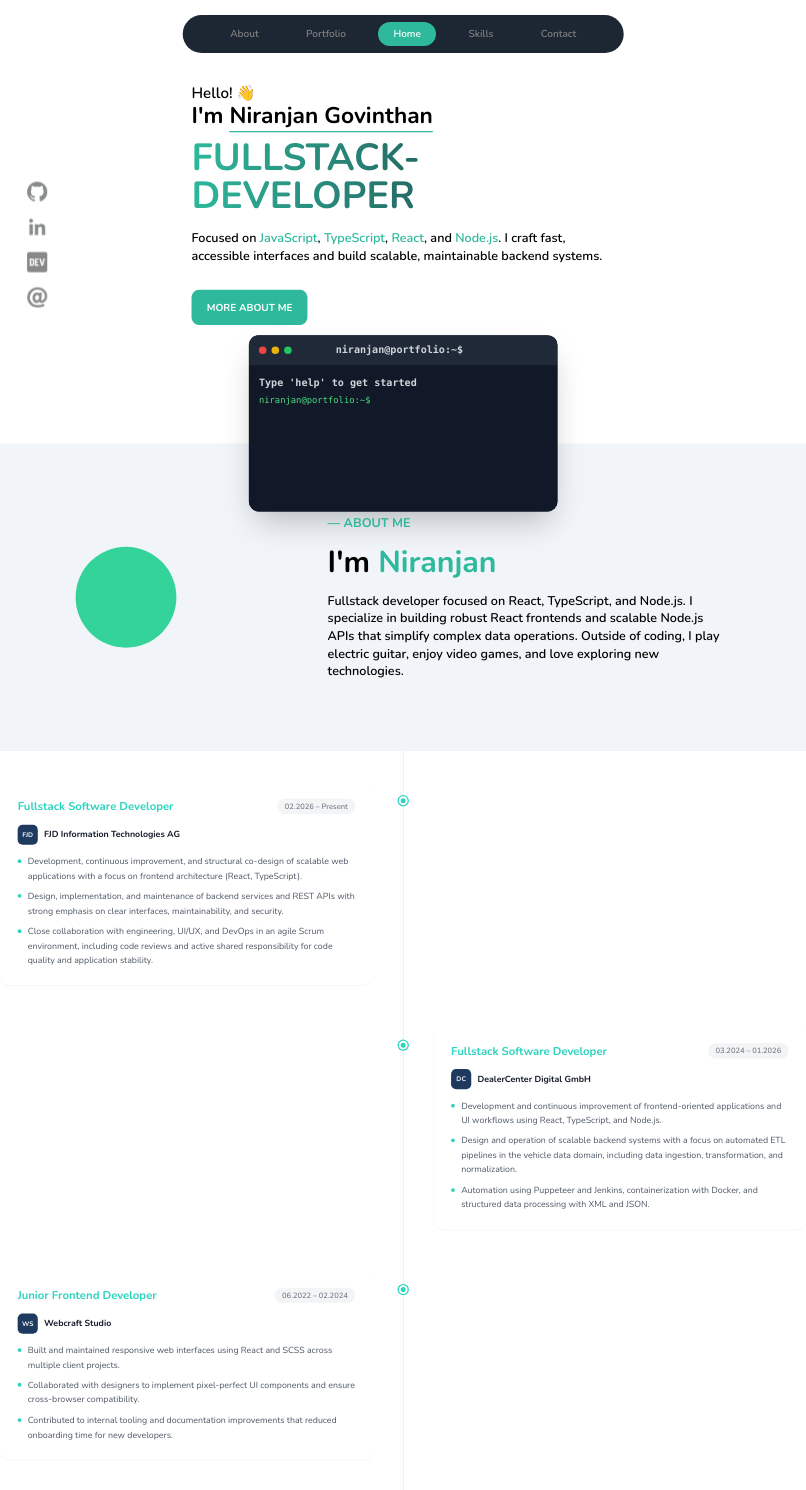
Repository: Niranjan-webdev/My-portfolio
Page: /
An editor plug-in stored every save of this project. The page is shown before and after the next save, followed by the edit.
The browser window is 1280 px wide. The pictures show the whole page, at 63% of full size.
The project was rebuilt for these pictures with package versions that can differ from the ones it lists, and the page was loaded fresh each time. Also part of the build but not shown: next.config.mjs.

Above is the page before, as saved 2026-03-21 10:54:35.

After the next save:
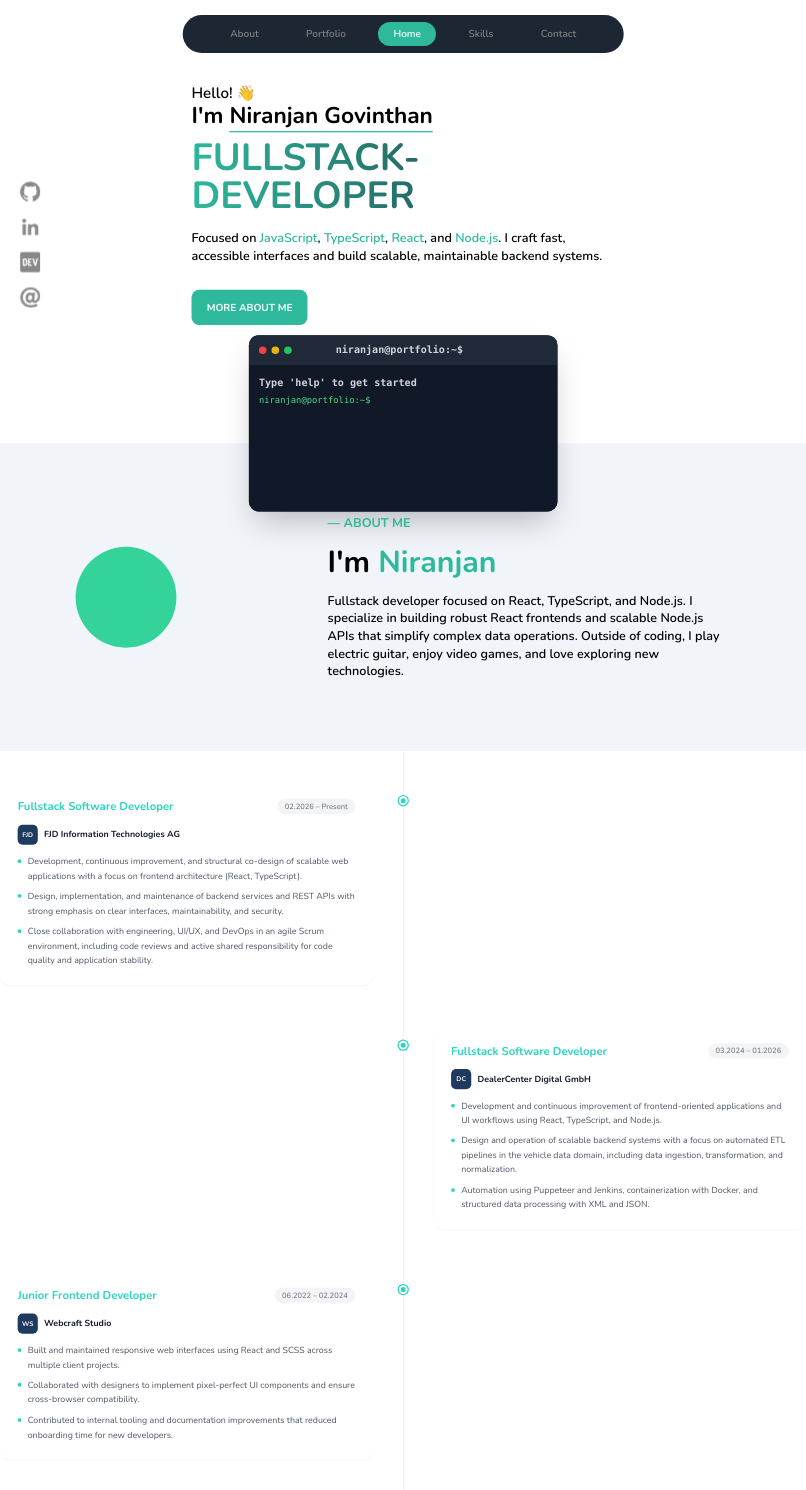
Saved 85 s later.
--- a/src/components/MainContainer.js
+++ b/src/components/MainContainer.js
@@ -14,7 +14,7 @@ function MainContainer() {
             {/* Hero Banner start */}
             <section className='w-full'>
                 {/* Social media bar */}
-                <div className='socialmedia__bar ml-[2.7rem] fixed top-[40%] flex md:flex-col flex-col gap-6 w-[32px]'>
+                <div className='socialmedia__bar ml-[2rem] fixed top-[40%] flex md:flex-col flex-col gap-6 w-[32px]'>
                     <a><img src={github} /></a>
                     <a><img src={linkedIn} /></a>
                     <a><img src={DevTo} /></a>
